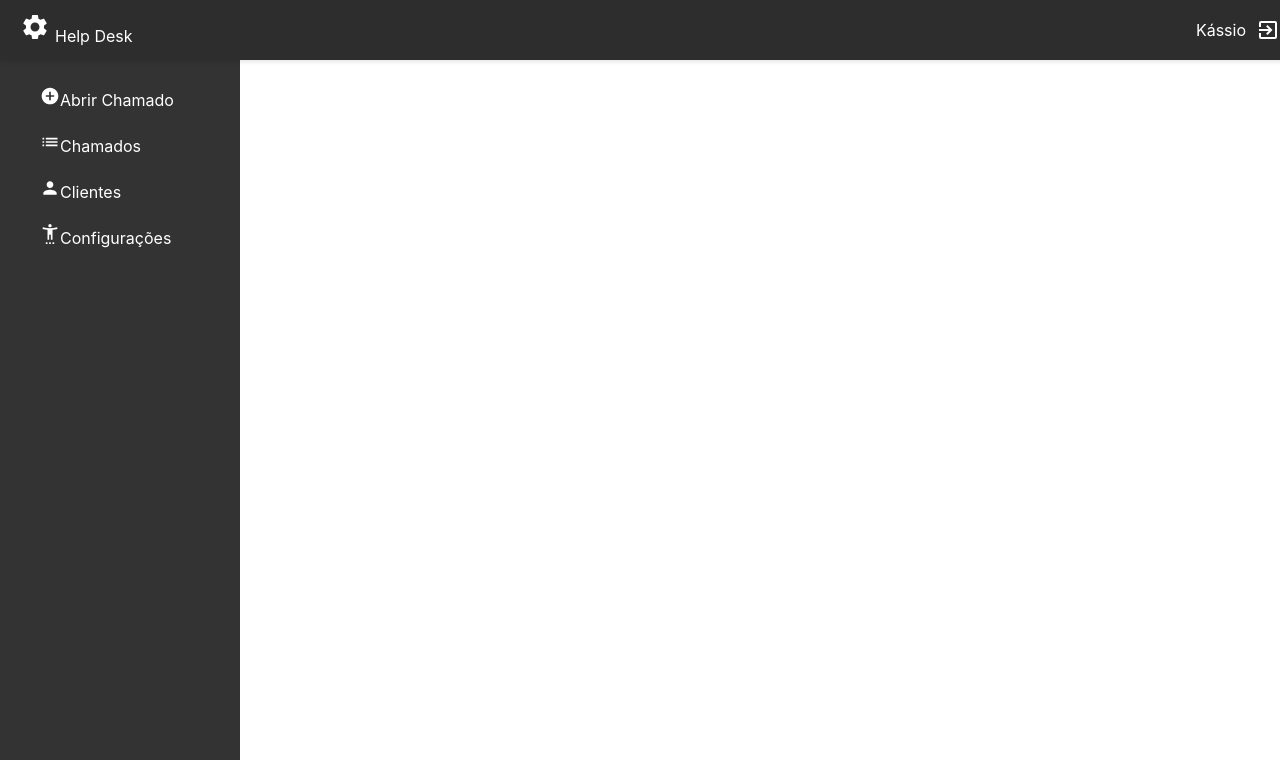
Repository: zkassimz/helpdesk
Page: /
These files come from the project's save history. The page is drawn as it stood at one moment and after a run of saves; the edit follows.
The browser window is 1280 px wide. The pictures show the whole page.
The project was rebuilt for these pictures with package versions that can differ from the ones it lists, and the page was loaded fresh each time. Also part of the build but not shown: vite.config.js, src/components/css/Chamados.css, src/components/Chamados.jsx, src/components/Clientes.jsx, src/components/Configuracoes.jsx.

Above is the page before, as saved 2024-04-02 12:48:12.

### index.html
<!doctype html>
<html lang="en">

  <body>
    <div id="root"></div>
    <script type="module" src="/src/main.jsx"></script>
  </body>
</html>

### src/App.jsx
// src/App.js
import React, { useState } from 'react';
import AppBar from './components/AppBar'; // Importando o componente AppBar
import Sidebar from './components/Sidebar';
import Chamados from './components/Chamados';
import Clientes from './components/Clientes';
import Configuracoes from './components/Configuracoes';
import './App.css';

function App() {
  const [currentPage, setCurrentPage] = useState('Dashboard');

  const renderPage = () => {
    switch (currentPage) {
      case 'Chamados':
        return <Chamados />;
      case 'Clientes':
        return <Clientes />;
      case 'Configuracoes':
        return <Configuracoes />;
      default:
        return <div>Página não encontrada</div>;
    }
  };

  return (
    <div className="app">
      <AppBar />
      <div className="content">
        <Sidebar setCurrentPage={setCurrentPage} />
        <div className="main-content">
          {renderPage()}
        </div>
      </div>
    </div>
  );
}

export default App;

### src/components/AppBar.jsx

import React from 'react';
import { MdAdd, MdSearch, MdExitToApp, MdSettings } from 'react-icons/md';
import './css/AppBar.css';

const AppBar = () => {


  return (
    <div className="appbar">
      <div className="appbar-left">


        <div className="appbar-item" onClick={() => console.log("Consultar/Atender")}>
          <MdSettings size={30} />
          <span>Help Desk</span>
        </div>
      </div>
      <div className="appbar-right">
        <span>Kássio </span>
        <div className="logout-button" onClick={() => console.log("Logout")}>
          <MdExitToApp size={24} />
        </div>
      </div>
    </div>
  );
};

export default AppBar;

### src/components/Sidebar.jsx
import React from 'react';
import './css/SideBar.css';
import {  MdAddCircle, MdList, MdPerson, MdSettingsAccessibility } from 'react-icons/md';
const Sidebar = ({ setCurrentPage }) => {
  const handleClick = (page) => {
    setCurrentPage(page);
  };

  return (
    <div className="sidebar">
      <div className="sidebar-header">

      </div>
      <ul className="menu">
        <li onClick={() => handleClick('OpenCall')}><div >
        <MdAddCircle size={20}></MdAddCircle>
          <span>Abrir Chamado</span>
        </div></li>
        <li onClick={() => handleClick('Chamados')}>
        <MdList size={20}></MdList>
        Chamados</li>
        <li onClick={() => handleClick('Clientes')}>

        <MdPerson size={20}></MdPerson>
          Clientes</li>
        <li onClick={() => handleClick('Configurações')}>

        <MdSettingsAccessibility size={20}></MdSettingsAccessibility>

          Configurações</li>
      </ul>
    </div>
  );
};

export default Sidebar;

### src/App.css

.app {
  display: grid;
  grid-template-rows: auto 1fr;
  height: 100vh;
}
.sidebar {
  width: 200px;
  background-color: #333;
  color: #fff;
}

.main-content {
  flex: 1;
  overflow-y: auto;
}

.content {
  display: flex;
}

.sidebar-header {
  padding: 20px;
  text-align: center;
}

.menu {
  list-style-type: none;
  padding: 0;
}

.menu li {
  padding: 10px 20px;
  cursor: pointer;
}

.menu li:hover {
  background-color: #555;
}

### src/components/css/AppBar.css


.appbar {
    background-color: #2e2d2d;
    color: #fff;
    display: flex;
    justify-content: space-between;
    align-items: center;
    padding: 0 20px;
    height: 60px;
    width: 100%;
    position: fixed;
    top: 0;
    z-index: 1000;
    box-shadow: 0 2px 4px rgba(0, 0, 0, 0.1);
  }

  .appbar-left, .appbar-right {
    display: flex;
    align-items: center;
  }

  .appbar-item, .logout-button {
    cursor: pointer;
    margin-right: 20px;
    text-decoration: none;
    color: inherit;
    transition: all 0.3s ease;
  }

  .appbar-item:hover, .logout-button:hover {
    transform: translateY(-2px);
  }

  .appbar-item span {
    margin-left: 5px;
  }

  .logout-button {
    display: flex;
    align-items: center;
  }

  .logout-button span {
    margin-right: 10px;
  }
  .appbar-right {
    display: flex;
    align-items: center;
  }

  .appbar-right span {
    margin-right: 10px;
  }

  .logout-button {
    display: flex;
    align-items: center;
  }

### src/components/css/SideBar.css
.sidebar {
    width: 100px;
    background-color: #333;
    color: #fff;
    height: 100vh;
    padding: 20px;
  }

  .sidebar.open {
    width: 0;
  }

  @media (max-width: 768px) {
    .sidebar {
      width: 100%;
    }
  }


  @media (min-width: 1024px) {
    .sidebar {
      width: 300px;
    }
  }

Loaded but not shown: src/main.jsx (common file); src/index.css (common file)

After the next 3 saves:
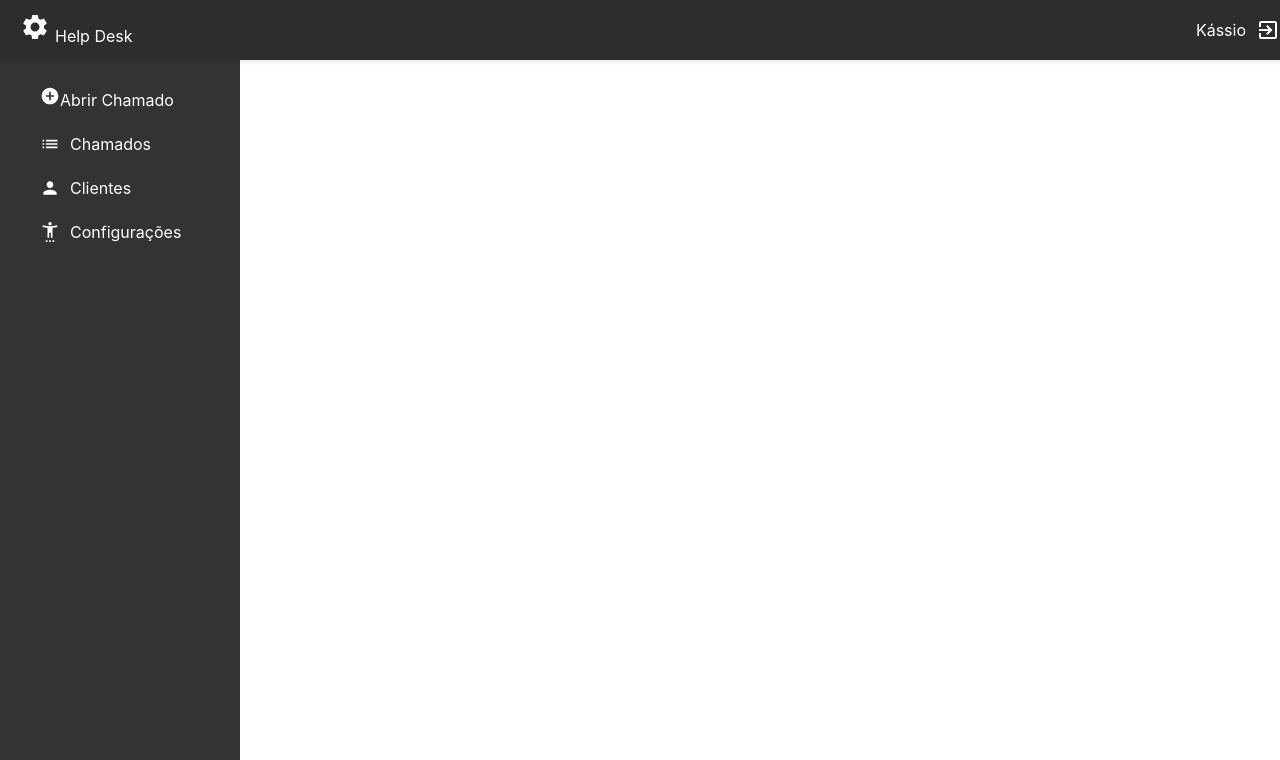
The 3 saves are shown as one change because they came seconds apart.
The last was saved 36 s later.
--- a/src/components/css/SideBar.css
+++ b/src/components/css/SideBar.css
@@ -9,6 +9,20 @@
   .sidebar.open {
     width: 0;
   }
+
+
+
+
+  .menu li {
+    display: flex;
+    align-items: center;
+    cursor: pointer;
+  }
+
+  .menu li > * {
+    margin-right: 10px; /* Espaço entre o ícone e o texto */
+  }
+
 
   @media (max-width: 768px) {
     .sidebar {
